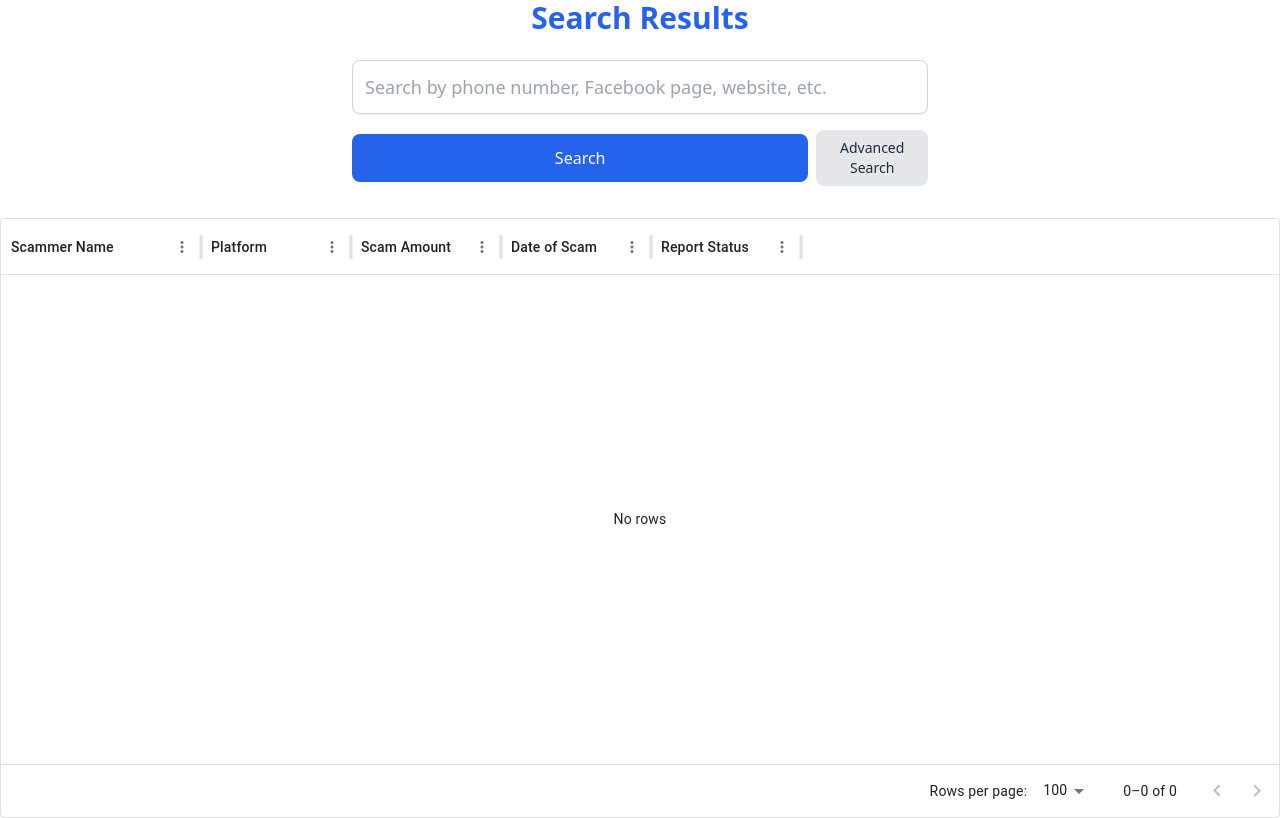
Repository: dev-athar/protarok
Page: /search
These files come from the project's save history. The page is drawn as it stood at one moment and after the next save; the edit follows.
The browser window is 1280 px wide. The pictures show the whole page.
The project was rebuilt for these pictures with package versions that can differ from the ones it lists, and the page was loaded fresh each time. Also part of the build but not shown: vite.config.ts, src/pages/RecentScamsList.tsx, src/pages/HomePage.tsx, src/pages/SubmitScamPage.tsx, src/pages/ImageUploader.tsx.

Above is the page before, as saved 2025-01-01 13:13:52.

After the next save:
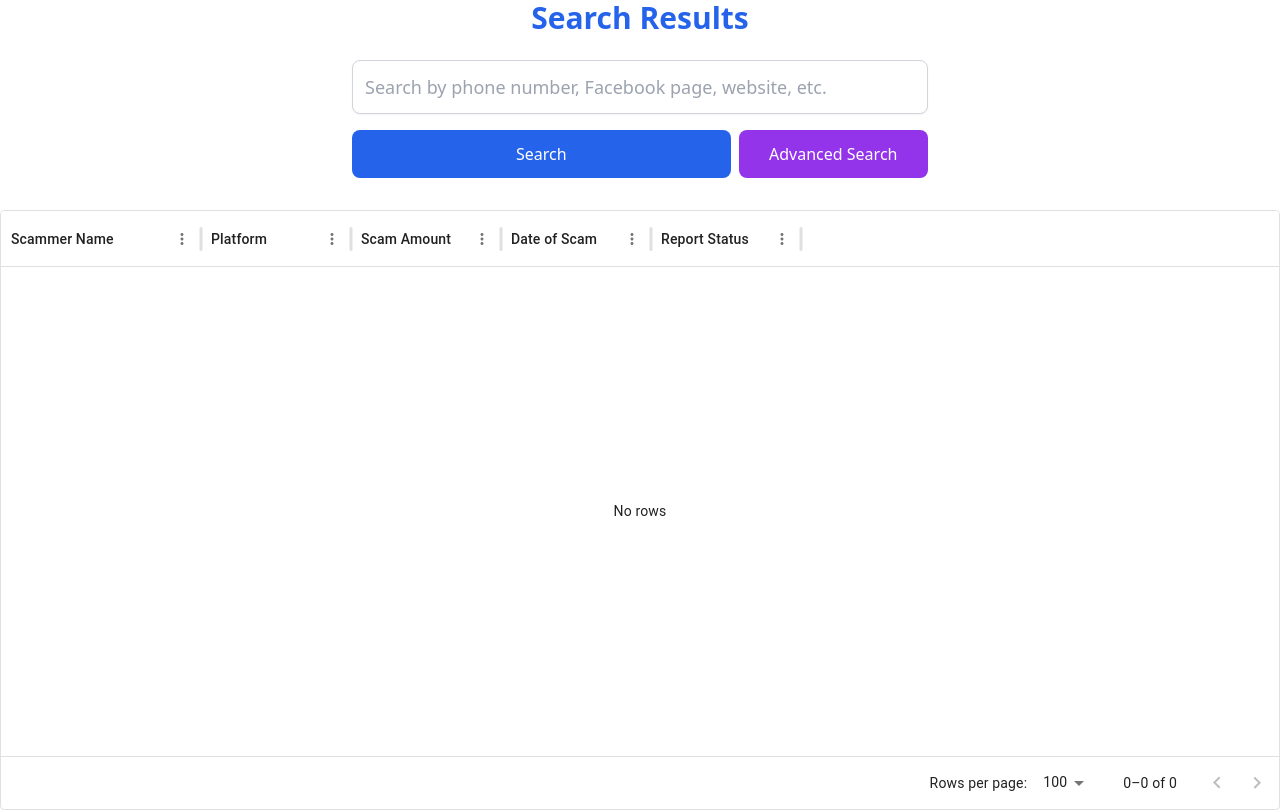
Saved 2 min 13 s later.
--- a/src/pages/SearchBar.tsx
+++ b/src/pages/SearchBar.tsx
@@ -18,7 +18,10 @@ function SearchBar({ initialQuery = "", onSearch }) {
   };
 
   const handleAdvancedSearch = () => {
-    navigate("/advanced-search");
+    if (searchTerm.trim() !== "") {
+      navigate(`/advanced-search?query=${encodeURIComponent(searchTerm)}`);
+      if (onSearch) onSearch(searchTerm);
+    }
   };
 
   return (
@@ -34,13 +37,13 @@ function SearchBar({ initialQuery = "", onSearch }) {
       <div className="flex justify-between items-center mt-4">
         <button
           onClick={handleSearch}
-          className="w-full bg-blue-600 text-white py-3 px-4 rounded-lg hover:bg-blue-700 transition duration-300 mr-2"
+          className="w-2/3 bg-blue-600 text-white py-3 px-4 rounded-lg hover:bg-blue-700 transition duration-300 mr-2"
         >
           Search
         </button>
         <button
           onClick={handleAdvancedSearch}
-          className="bg-gray-200 text-gray-800 py-2 px-3 rounded-lg hover:bg-gray-300 transition duration-300 text-sm"
+          className="w-1/3 bg-purple-600 text-white py-3 px-4 rounded-lg hover:bg-purple-700 transition duration-300"
         >
           Advanced Search
         </button>
